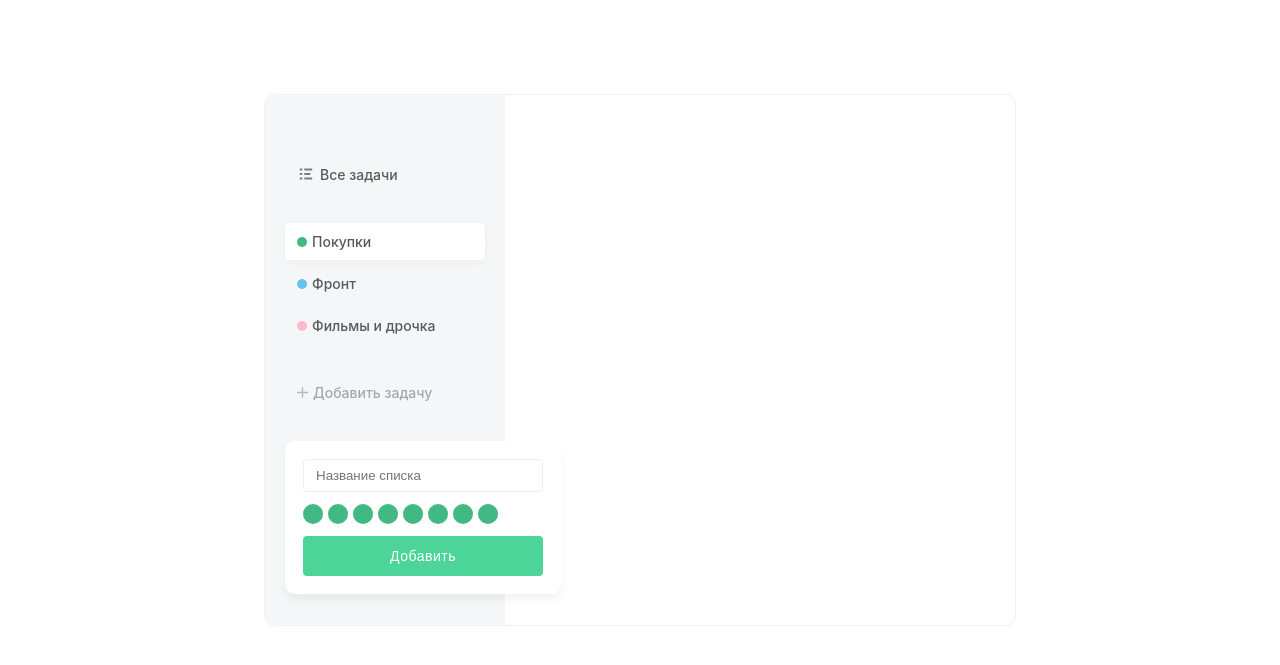
Repository: AzimAzimov/Todo
Page: /
An editor plug-in stored every save of this project. The page is shown before and after a run of saves, followed by the edit.
The browser window is 1280 px wide. The pictures show the whole page.
The project was rebuilt for these pictures with package versions that can differ from the ones it lists, and the page was loaded fresh each time.

Above is the page before, as saved 2023-02-19 15:24:20.

### src/index.js
import React from 'react';
import ReactDOM from 'react-dom/client';
import './scss/index.scss';
import App from './App';

const root = ReactDOM.createRoot(document.getElementById('root'));
root.render(
  <React.StrictMode>
    <App />
  </React.StrictMode>
);

### src/scss/index.scss
@import "_normalize.scss";

body {
  margin: 0;
  font-family: -apple-system, BlinkMacSystemFont, 'Segoe UI', 'Montserrat', 'Oxygen',
    'Ubuntu', 'Cantarell', 'Fira Sans', 'Droid Sans', 'Helvetica Neue',
    sans-serif;
  -webkit-font-smoothing: antialiased;
  -moz-osx-font-smoothing: grayscale;
}

.todo {
  position: absolute;
  left: 50%;
  top: 50%;
  width: 750px;
  height: 530px;
  transform: translate(-50%, -50%);
  border: 1px solid #f1f1f1;
  border-radius: 10px;
  overflow: hidden;
  font-size: 14px;
  // background-color: #F4F6F8;
  &__sidebar {
    background: #F4F6F8;
    width: 200px;
    height: calc(100% - 120px);
    padding: 60px 20px;
  }

}

### src/App.js
import React, { useState } from 'react';
import AddButtonList from './components/addButtonList/AddButtonList';

import List from './components/sidebar/List';
import DB from './assets/db.json'
import './scss/index.scss';


function App() {

  const [ value, setValue ] = useState('kjjk')

  return (
    <div className="todo">
      <div className="todo__sidebar">
        <List items={[
          {
            icon: (
              <svg width="18" height="18" viewBox="0 0 18 18" fill="none" xmlns="http://www.w3.org/2000/svg">
                <path d="M12.96 8.10001H7.74001C7.24321 8.10001 7.20001 8.50231 7.20001 9.00001C7.20001 9.49771 7.24321 9.90001 7.74001 9.90001H12.96C13.4568 9.90001 13.5 9.49771 13.5 9.00001C13.5 8.50231 13.4568 8.10001 12.96 8.10001V8.10001ZM14.76 12.6H7.74001C7.24321 12.6 7.20001 13.0023 7.20001 13.5C7.20001 13.9977 7.24321 14.4 7.74001 14.4H14.76C15.2568 14.4 15.3 13.9977 15.3 13.5C15.3 13.0023 15.2568 12.6 14.76 12.6ZM7.74001 5.40001H14.76C15.2568 5.40001 15.3 4.99771 15.3 4.50001C15.3 4.00231 15.2568 3.60001 14.76 3.60001H7.74001C7.24321 3.60001 7.20001 4.00231 7.20001 4.50001C7.20001 4.99771 7.24321 5.40001 7.74001 5.40001ZM4.86001 8.10001H3.24001C2.74321 8.10001 2.70001 8.50231 2.70001 9.00001C2.70001 9.49771 2.74321 9.90001 3.24001 9.90001H4.86001C5.35681 9.90001 5.40001 9.49771 5.40001 9.00001C5.40001 8.50231 5.35681 8.10001 4.86001 8.10001ZM4.86001 12.6H3.24001C2.74321 12.6 2.70001 13.0023 2.70001 13.5C2.70001 13.9977 2.74321 14.4 3.24001 14.4H4.86001C5.35681 14.4 5.40001 13.9977 5.40001 13.5C5.40001 13.0023 5.35681 12.6 4.86001 12.6ZM4.86001 3.60001H3.24001C2.74321 3.60001 2.70001 4.00231 2.70001 4.50001C2.70001 4.99771 2.74321 5.40001 3.24001 5.40001H4.86001C5.35681 5.40001 5.40001 4.99771 5.40001 4.50001C5.40001 4.00231 5.35681 3.60001 4.86001 3.60001Z" fill="black"/>
              </svg>
            ),
            name: 'Все задачи',
          }
        ]} />
        <List
          isRemovable={true}
          items={[
            {
              color: 'green',
              name: 'Покупки',
              active: true,
            },
            {
              color: 'blue',
              name: 'Фронт',
            },
            {
              color: 'pink',
              name: 'Фильмы и дрочка',
            },
          ]}
        />
        <AddButtonList colors={DB.colors} />
      </div>
      <div className='todo__tasks'></div>
    </div>
  );
}

export default App;

### src/scss/_normalize.scss
* {
  padding: 0;
  margin: 0;
  list-style: none;
  outline: none;
}

html {
  -ms-text-size-adjust: 100%;
  -webkit-text-size-adjust: 100%;
}

body {
  -moz-osx-font-smoothing: grayscale;
  -webkit-font-smoothing: antialiased;

}

a,
span,
p,
b,
h1,
h2,
h3,
h4,
h5 {
  margin: 0;
  padding: 0;
  text-decoration: none
}

h1 {
  font-size: 48px;
}

h2 {
  font-weight: 600;
  font-size: 28px;
  line-height: 30px;
}

a {
  text-decoration: none;
}

### src/components/addButtonList/AddButtonList.jsx
import React, {useState} from 'react'
import Badge from '../badge/Badge';
import List from '../sidebar/List'
import "./AddListButton.scss"


const AddButtonList = ({ colors }) => {
  const [visiblePopup, setVisiblePopup] = useState(true);

  return (
    <div className="add__list">
      <List
        onClick={()=> setVisiblePopup(true)}
        items={[
          {
            className: 'todo__list__button',
            icon: (
              <svg width="11" height="11" viewBox="0 0 16 16" fill="none" xmlns="http://www.w3.org/2000/svg">
                <path d="M8 1V15" stroke="black" strokeWidth="2" strokeLinecap="round" strokeLinejoin="round"/>
                <path d="M1 8H15" stroke="black" strokeWidth="2" strokeLinecap="round" strokeLinejoin="round"/>
              </svg>
            ),
            name: 'Добавить задачу'
          }
        ]}
      />
      {visiblePopup &&
        <div className="add__list__popup">
          <input className='field' type='text' placeholder='Название списка' />
          <div className="add__list__popup__colors">
            <ul>

              {colors.map(color => {
                return (
                  <Badge color="green" />
                )
              })}
            </ul>
          </div>
          <button className='button'>Добавить</button>
        </div>
      }
    </div>
  )
}

export default AddButtonList

### src/components/sidebar/List.jsx
import React from 'react'
import classNames from 'classnames';

import './List.scss';
import Badge from '../badge/Badge';

const List = ({ items, isRemovable, onClick }) => {
  return (
    <ul onClick={onClick} className='todo__list'>
      {items.map((item, index) => (
        <li key={index} className={classNames(item.className, { active: item.active })}>
          <i>{item.icon ? item.icon : <Badge color={item.color} />}</i>
          <span>{item.name}</span>
        </li>
      ))}
    </ul>
  )
}

export default List

### src/assets/db.json
{
  "lists": [
    {
      "id": 1,
      "name": "Продажи",
      "colorId": 5
    },
    {
      "id": 2,
      "name": "Фронтенд",
      "colorId": 4
    },
    {
      "id": 3,
      "name": "Фильмы и сериалы",
      "colorId": 3
    },
    {
      "id": 4,
      "name": "Книги",
      "colorId": 2
    },
    {
      "id": 5,
      "name": "Личное",
      "colorId": 1
    },
    {
      "name": "Спорт",
      "colorId": 3,
      "id": 6
    },
    {
      "name": "Курс по ReactJS ToDo",
      "colorId": 7,
      "id": 7
    }
  ],
  "tasks": [
    {
      "id": 1,
      "listId": 2,
      "text": "Изучить JavaScript",
      "completed": true
    },
    {
      "id": 2,
      "listId": 2,
      "text": "Изучить паттерны проектирования",
      "completed": false
    },
    {
      "id": 3,
      "listId": 2,
      "text": "ReactJS Hooks (useState, useReducer, useEffect и т.д.)",
      "completed": true
    },
    {
      "id": 4,
      "listId": 2,
      "text": "Redux (redux-observable, redux-saga)",
      "completed": false
    },
    {
      "listId": 2,
      "text": "123",
      "completed": true,
      "id": 5
    },
    {
      "listId": 1,
      "text": "test",
      "completed": false,
      "id": 6
    },
    {
      "listId": 1,
      "text": "qweqwe",
      "completed": false,
      "id": 7
    },
    {
      "listId": 1,
      "text": "qweqwe",
      "completed": true,
      "id": 8
    },
    {
      "listId": 1,
      "text": "123",
      "completed": false,
      "id": 9
    },
    {
      "listId": 4,
      "text": "Купить 1984!",
      "completed": true,
      "id": 10
    },
    {
      "listId": 2,
      "text": "222",
      "completed": true,
      "id": 12
    },
    {
      "listId": 7,
      "text": "Сделали сайдбар",
      "completed": true,
      "id": 15
    },
    {
      "listId": 7,
      "text": "Сделали список задач",
      "completed": true,
      "id": 16
    },
    {
      "listId": 7,
      "text": "Сделали удаление и редактирование задач и списков",
      "completed": true,
      "id": 17
    },
    {
      "listId": 8,
      "text": "tttt",
      "completed": false,
      "id": 18
    }
  ],
  "colors": [
    {
      "id": 1,
      "hex": "#C9D1D3",
      "name": "grey"
    },
    {
      "id": 2,
      "hex": "#42B883",
      "name": "green"
    },
    {
      "id": 3,
      "hex": "#64C4ED",
      "name": "blue"
    },
    {
      "id": 4,
      "hex": "#FFBBCC",
      "name": "pink"
    },
    {
      "id": 5,
      "hex": "#B6E6BD",
      "name": "lime"
    },
    {
      "id": 6,
      "hex": "#C355F5",
      "name": "purple"
    },
    {
      "id": 7,
      "hex": "#110133",
      "name": "black"
    },
    {
      "id": 8,
      "hex": "#FF6464",
      "name": "red"
    }
  ]
}

### src/components/badge/Badge.jsx
import React from 'react'

import "./Barge.scss"

const Badge = ({ color }) => <i className={`badge badge__${color}`}></i>

export default Badge

### src/components/addButtonList/AddListButton.scss
.add__list {
  &__popup {
    width: 240px;
    background: #FFFFFF;
    box-shadow: 0px 6px 10px rgba(0, 0, 0, 0.05);
    border-radius: 10px;
    padding: 18px;
    &__colors {
      ul {
        display: flex;
        gap: 5px;
        margin: 12px 0;
        .badge {
          width: 20px;
          height: 20px;
          border-radius: 50%;
          position: static;
        }
      }
    }
  }

  .field {
    width: 100%;
    background: #FFFFFF;
    border: 1px solid #EFEFEF;
    border-radius: 4px;
    box-sizing: border-box;
    padding: 8px 12px;
    &:focus {
      border-color: #dadada;
    }
  }

  .button {
    cursor: pointer;
    width: 100%;
    padding: 12px 20px;
    background: #4DD599;
    border-radius: 4px;
    border: none;
    letter-spacing: .5px;
    font-size: 14px;
    color: #FFFFFF;
    transition: all 0.3 ease;
    &:hover {
      background: darken(#4DD599, 4%);
    }
    &:active {
      background: darken(#4DD599, 12%);
    }
  }
}

### src/components/sidebar/List.scss

.todo__list {
  margin-bottom: 30px;
  &__button {
    opacity: 0.5;
    &:hover {
      opacity: 1;
    }
    svg {
      transition: all 0.3s ease;
      path {
        stroke: #7C7C7C;
      }
    }
    span {
      color: #7c7c7c;
      transition: all 0.3s ease;
    }
  }

  li {
    display: flex;
    align-items: center;
    gap: 5px;
    padding: 10px 12px;
    margin-bottom: 5px;
    cursor: pointer;
    &.active {
      background: #FFFFFF;
      box-shadow: 0px 2px 10px rgba(0, 0, 0, 0.04);
      border-radius: 4px;
    }

    i {
      display: inline-flex;
      svg {
        path {
          fill: #7C7C7C;
        }
      }
    }

    span {
      font-weight: 500;
      color: #595959;
    }
  }
}

### src/components/badge/Barge.scss
  .badge {
    display: inline-block;
    width: 10px;
    height: 10px;
    border-radius: 50%;

    &__green {
      background-color: #42B883;
    }

    &__blue {
      background-color: #64C4ED;
    }

    &__pink {
      background-color: #FFBBCC;
    }
  }

Loaded but not shown: public/index.html (common file)

After the next 2 saves:
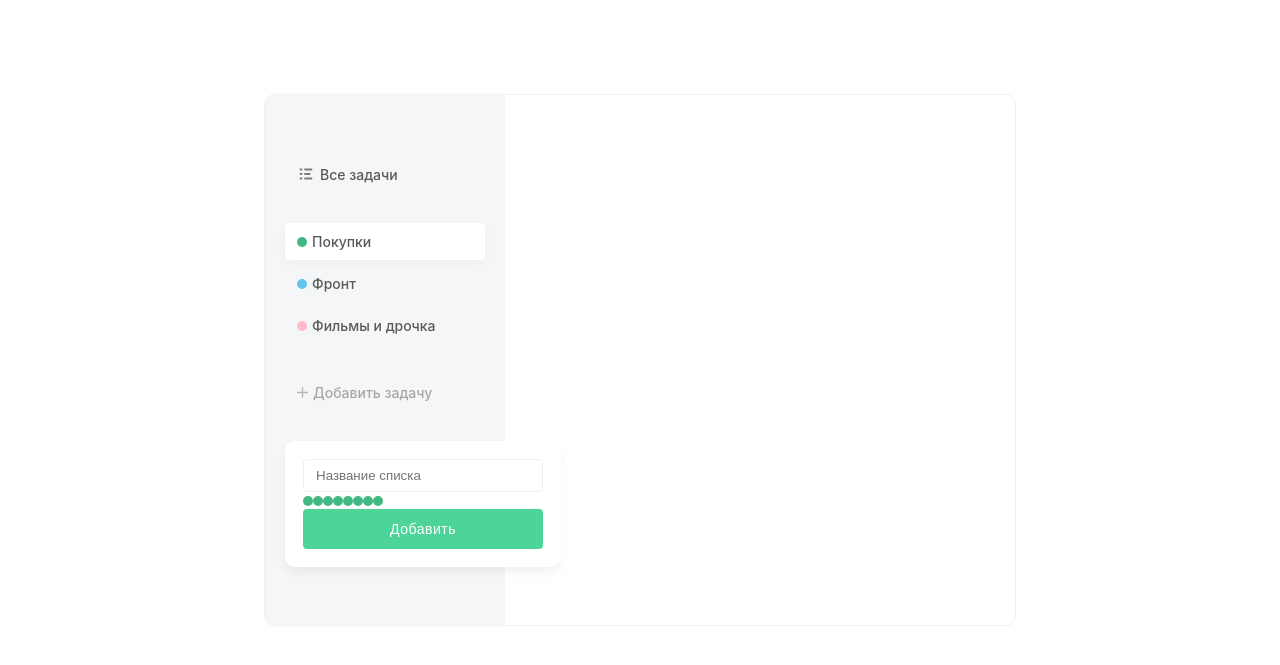
The 2 saves are shown as one change because 1 did not build or start.
The last was saved 24 s later.
--- a/src/components/addButtonList/AddButtonList.jsx
+++ b/src/components/addButtonList/AddButtonList.jsx
@@ -28,14 +28,11 @@ const AddButtonList = ({ colors }) => {
         <div className="add__list__popup">
           <input className='field' type='text' placeholder='Название списка' />
           <div className="add__list__popup__colors">
-            <ul>
-
               {colors.map(color => {
                 return (
                   <Badge color="green" />
                 )
               })}
-            </ul>
           </div>
           <button className='button'>Добавить</button>
         </div>
